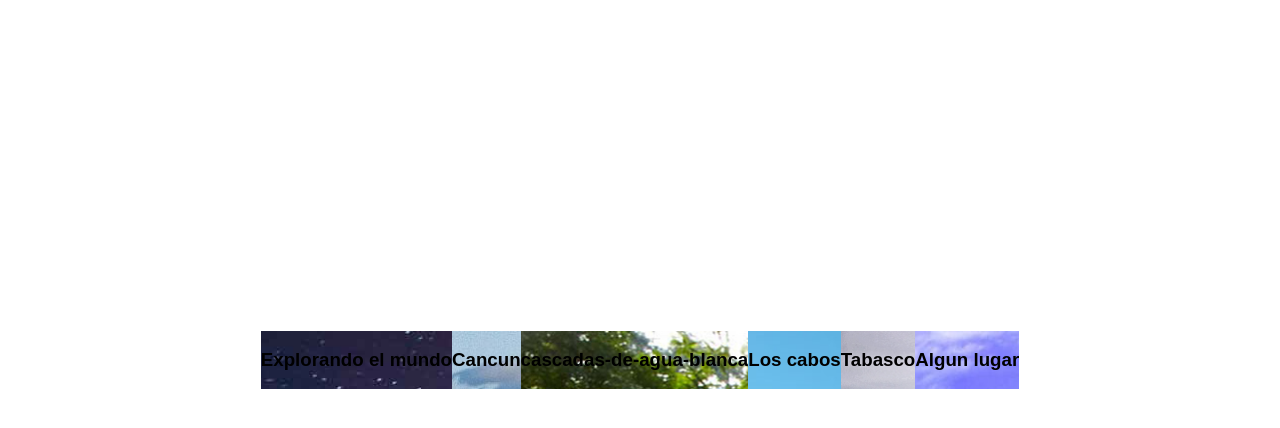
Repository: ElideZavala/Tarjetas-de-Imagenes
Page: index.html
These files come from the project's save history. The page is drawn as it stood at one moment and after the next save; the edit follows.
The browser window is 1280 px wide. The pictures show the whole page.
Some web fonts or font styles are not loaded; a fallback is used.

Above is the page before, as saved 2021-05-27 09:04:07.
Not found: script.js

### index.html
<!DOCTYPE html>
<html lang="es">
<head>
	<meta charset="UTF-8">
	<meta http-equiv="X-UA-Compatible" content="IE=edge">
	<meta name="viewport" content="width=device-width, initial-scale=1.0">
	<!-- <link rel="stylesheet" href="https://cdnjs.cloudflare.com/ajax/libs/font-awesome/5.15.3/css/all.min.css" integrity="sha512-iBBXm8fW90+nuLcSKlbmrPcLa0OT92xO1BIsZ+ywDWZCvqsWgccV3gFoRBv0z+8dLJgyAHIhR35VZc2oM/gI1w==" crossorigin="anonymous" referrerpolicy="no-referrer" /> -->
	<title>Fotos e Imagenes</title>
	<link rel="stylesheet" href="normalize.css">
	<link rel="stylesheet" href="./style.css">
</head>
<body>
	<div class="container">
		<div class="panel active" style="background-image: url(./assets/imagenes/piramide\ maya.jpg);">
			<h3>Explorando el mundo</h3>
		</div>
		<div class="panel" style="background-image: url(./assets/imagenes/cancun.jpg);">
			<h3>Cancun</h3>
		</div>
		<div class="panel" style="background-image: url(./assets/imagenes/cascadas-de-agua-blanca.jpg);">
			<h3>cascadas-de-agua-blanca</h3>
		</div>
		<div class="panel" style="background-image: url(./assets/imagenes/los-cabos.jpg);">
			<h3>Los cabos</h3>
		</div>
		<div class="panel" style="background-image: url(./assets/imagenes/TabascoHome3_960x651.jpg);">
			<h3>Tabasco</h3>
		</div>
		<div class="panel" style="background-image: url(./assets/imagenes/750b9860b1989270fb537fbceb1adcf2.jpg);">
			<h3>Algun lugar</h3>
		</div>

	</div>

	<script src="script.js"></script>
</body>
</html>

### style.css
@import url('https://fonts.googleapis.com/css?family=Muli&display=swap');

* {
	box-sizing: border-box;
}

body {
	font-family: 'Muli', sans-serif;
	display: flex;
	flex-direction: column;
	align-items: center;
	justify-content: center;
	height: 100vh;
	overflow: hidden;
	margin: 0;
}

.container {
	display: flex;
}

Loaded but not shown: normalize.css (library)

After the next save:
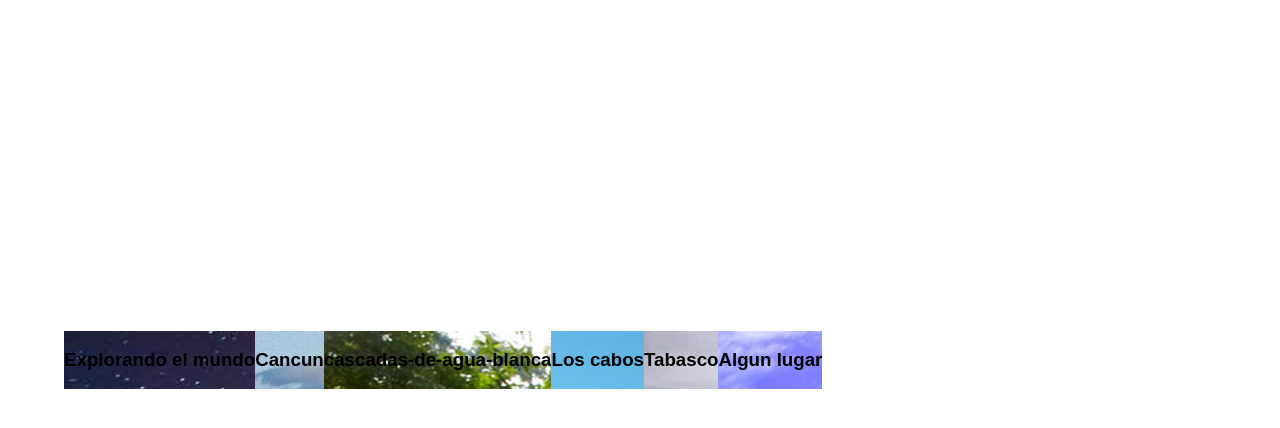
Saved 114 s later.
--- a/style.css
+++ b/style.css
@@ -17,4 +17,5 @@ body {
 
 .container {
 	display: flex;
+	width: 90vw;
 }
